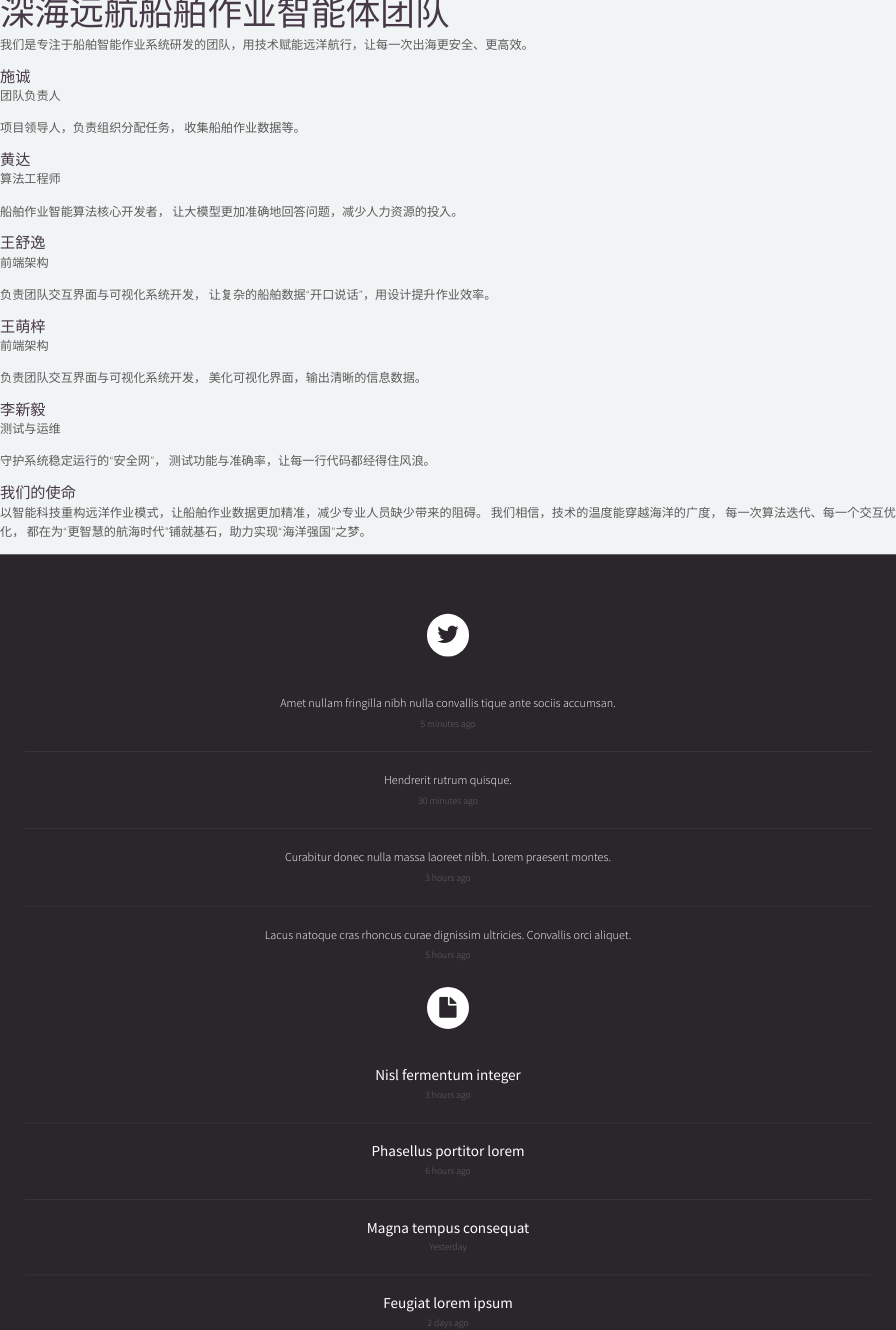
Repository: ShiCheng0104/AIC
Page: QingJing-agent/前端/深海远航船舶作业智能体/Our_Team.html
An editor plug-in stored every save of this project. The page is shown before and after the next save, followed by the edit.
The browser window is 1280 px wide. The pictures show the part of the page from y = 537 to 2437 px (the page is 4597 px tall), at 70% of full size.
A picture or video elsewhere on the page could not be fetched, so the positions and the page height are approximate. Backgrounds fixed to the window are drawn as part of the page.

Above is the page before, as saved 2025-07-03 09:43:52.

After the next save:
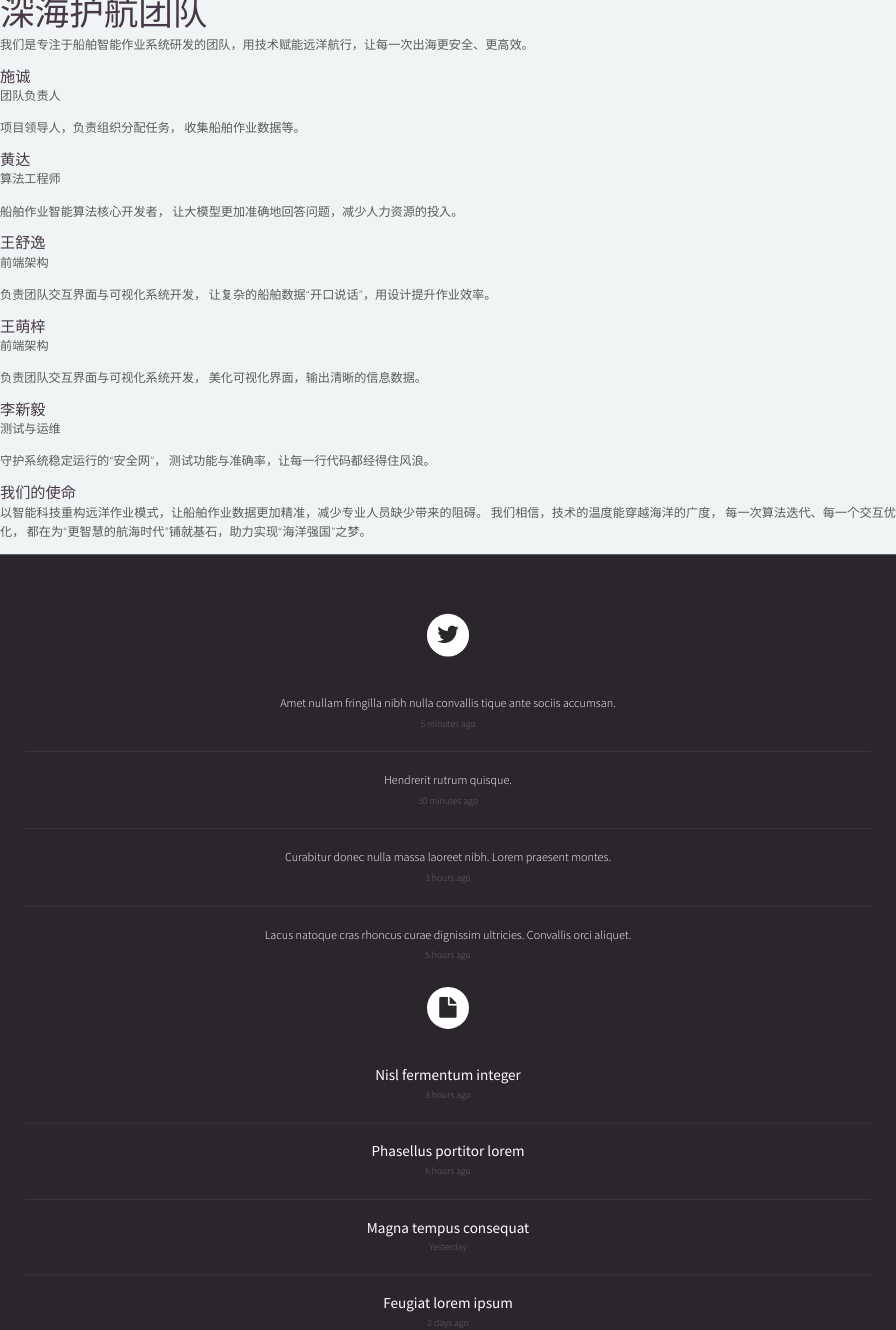
Saved 71 s later.
--- a/QingJing-agent/前端/深海远航船舶作业智能体/Our_Team.html
+++ b/QingJing-agent/前端/深海远航船舶作业智能体/Our_Team.html
@@ -61,7 +61,7 @@
 						alt="团队封面" class="w-full h-64 object-cover">
 					<!-- 团队标题与简介 -->
 					<div class="absolute bottom-0 left-0 right-0 bg-gradient-to-t from-white/90 to-transparent p-6">
-						<h2 class="text-3xl font-bold text-dark text-shadow">深海远航船舶作业智能体团队</h2>
+						<h2 class="text-3xl font-bold text-dark text-shadow">深海护航团队</h2>
 						<p class="text-gray-700 mt-2 max-w-2xl">
 							我们是专注于船舶智能作业系统研发的团队，用技术赋能远洋航行，让每一次出海更安全、更高效。
 						</p>
